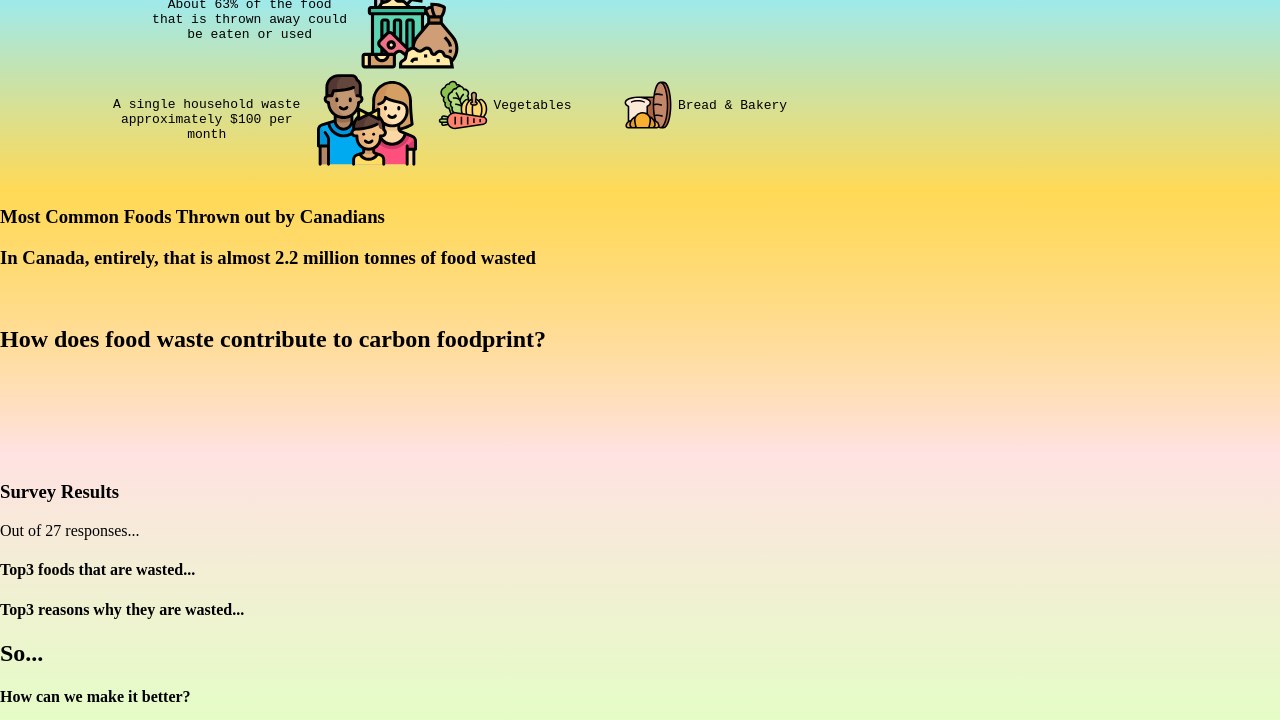
Repository: iorid3/Midterm
Page: index.html
These files come from the project's save history. The page is drawn as it stood at one moment and after the next save; the edit follows.
The browser window is 1280 px wide. The pictures show the whole page.
An inner scrolling area shows only its first screen.

Above is the page before, as saved 2021-03-08 12:37:24.
Console error: TypeError: Cannot read properties of null (reading 'innerHTML')

After the next save:
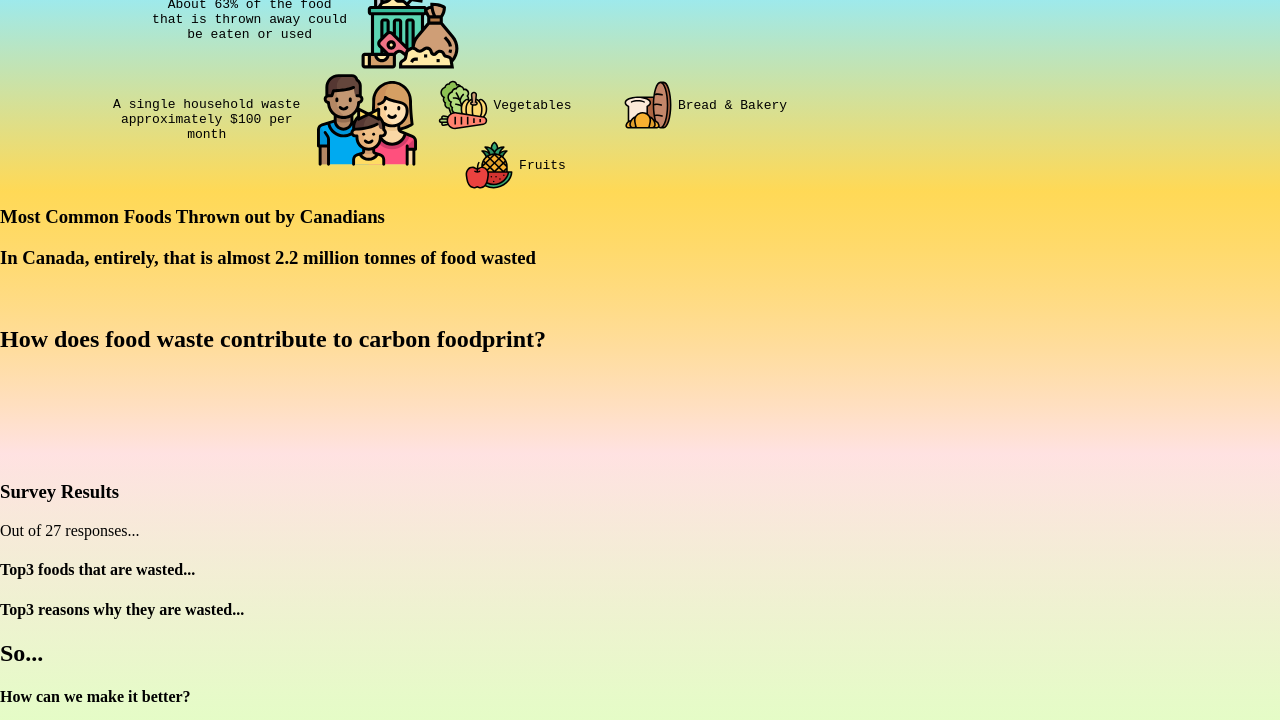
Saved 5 s later.
--- a/index.js
+++ b/index.js
@@ -17,7 +17,7 @@ document.querySelector(".comp3_4").innerHTML += Comp3UI('A single household wast
 
 document.querySelector(".comp4_1").innerHTML += Comp4UI('icons/vegetable.svg', 'Vegetables',70,370)
 document.querySelector(".comp4_2").innerHTML += Comp4UI('icons/bread.svg', 'Bread & Bakery',70,570)
-document.querySelector(".third").innerHTML += Comp4UI('icons/fruits.svg', 'Fruits',130,380)
+document.querySelector(".comp4_3").innerHTML += Comp4UI('icons/fruits.svg', 'Fruits',130,380)
 document.querySelector(".forth").innerHTML += Comp4UI('icons/fridge.svg', 'Leftover',130,545)
 
 document.querySelector(".row").innerHTML += Comp5UI(50,500,'icons/down-arrow.svg')
